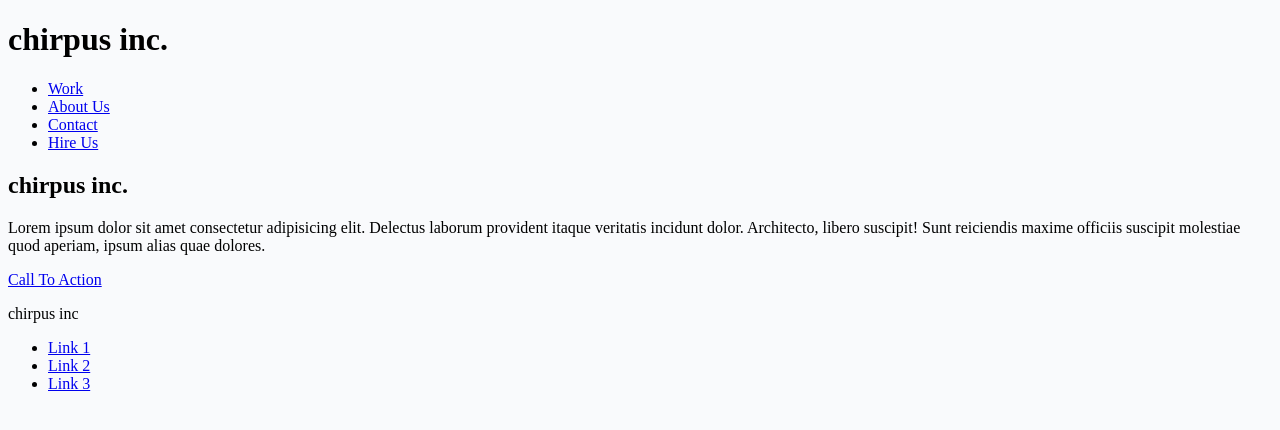
Repository: sudhasew/HTML-CSS-LAB
Page: index.html
An editor plug-in stored every save of this project. The page is shown before and after the next save, followed by the edit.
The browser window is 1280 px wide. The pictures show the whole page.

Above is the page before, as saved 2021-09-27 20:08:48.

After the next save:
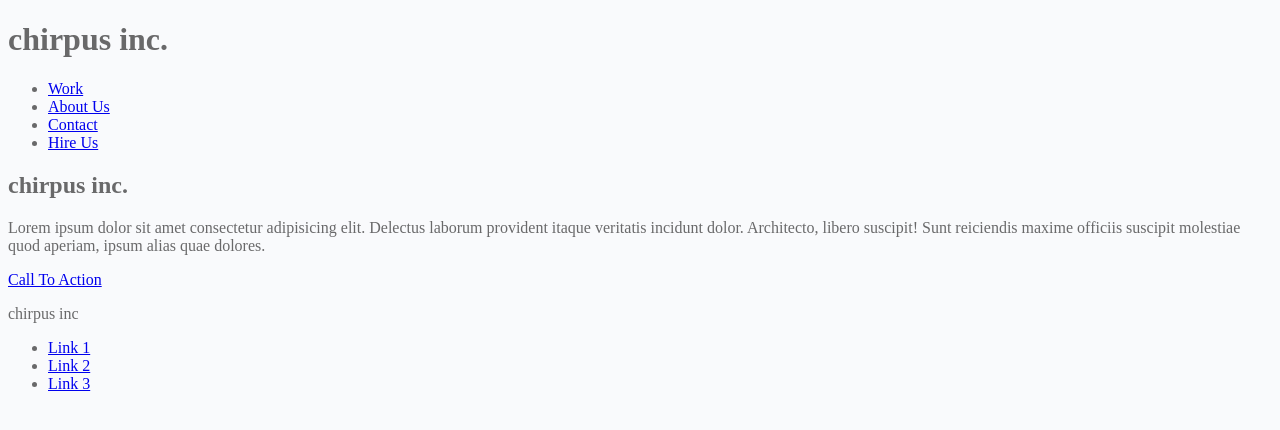
Saved 63 s later.
--- a/style.css
+++ b/style.css
@@ -1,4 +1,5 @@
  @import url('https://fonts.googleapis.com/css?family=Open+Sans');
  body{
      background-color: #f9fafc;
+     color: #69696a;
  }

After the save that followed:
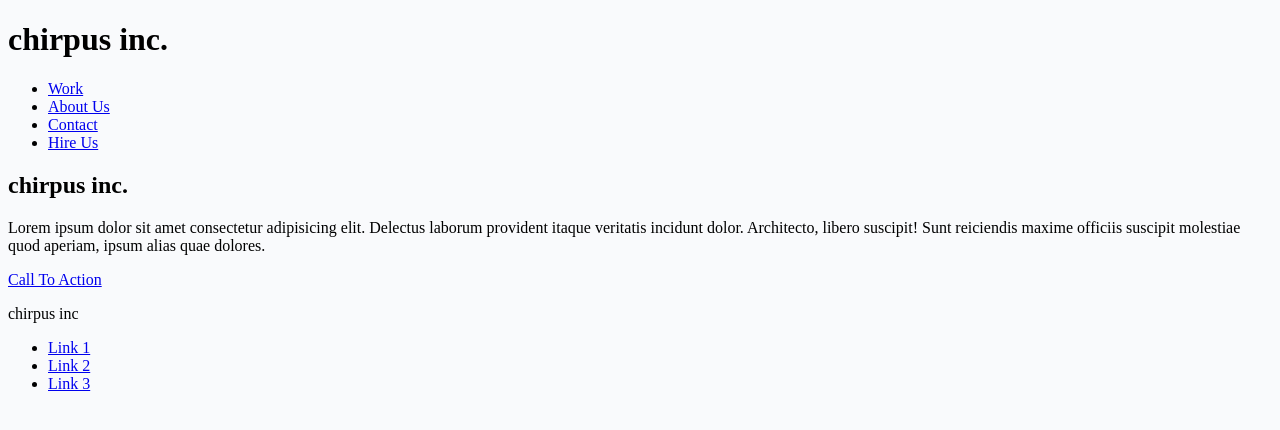
Saved 53 s later.
--- a/style.css
+++ b/style.css
@@ -2,4 +2,5 @@
  body{
      background-color: #f9fafc;
      color: #69696a;
+     color: #000;
  }
